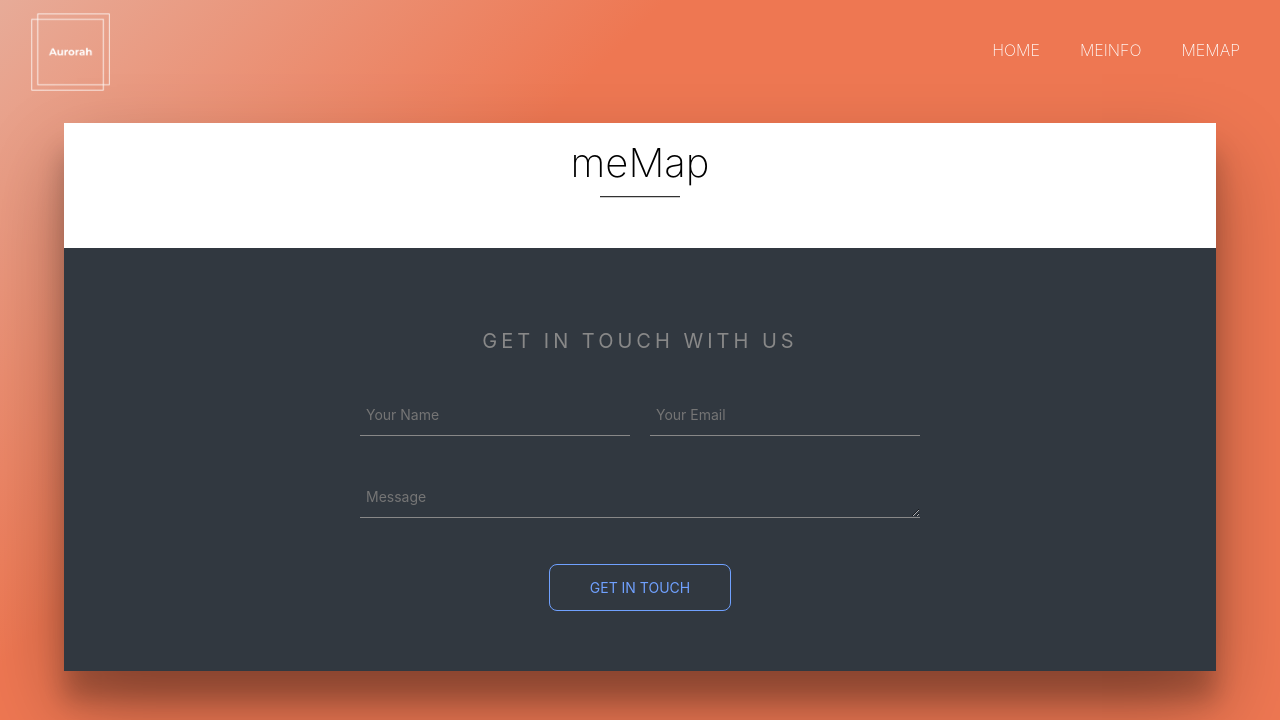
Repository: aasirvalji/saferMe
Page: /alt
The author's editor kept a copy of each file at every save. The page is drawn from the files as they stood at one save, then again after the next save.
The browser window is 1280 px wide. The pictures show the whole page.
The project was rebuilt for these pictures with package versions that can differ from the ones it lists, and the page was loaded fresh each time. Also part of the build but not shown: src/components/Landing.js, src/styles/Services.css, src/components/Services.js, src/styles/MapDisplay.css, src/mapStyles.js, src/components/MapDisplay.js, src/styles/AboutDisplay.css, src/components/AboutDisplay.js and 1 more.

Above is the page before, as saved 2020-02-15 11:50:15.

### public/index.html
<!DOCTYPE html>
<html lang="en">
  <head>
    <meta charset="utf-8" />
    <link rel="icon" href="%PUBLIC_URL%/favicon.ico" />
    <meta name="viewport" content="width=device-width, initial-scale=1" />
    <meta name="theme-color" content="#000000" />
    <meta
      name="description"
      content="Web site created using create-react-app"
    />
    <link rel="apple-touch-icon" href="%PUBLIC_URL%/logo192.png" />
    <!--
      manifest.json provides metadata used when your web app is installed on a
      user's mobile device or desktop. See https://developers.google.com/web/fundamentals/web-app-manifest/
    -->
    <link rel="manifest" href="%PUBLIC_URL%/manifest.json" />
    <!--
      Notice the use of %PUBLIC_URL% in the tags above.
      It will be replaced with the URL of the `public` folder during the build.
      Only files inside the `public` folder can be referenced from the HTML.

      Unlike "/favicon.ico" or "favicon.ico", "%PUBLIC_URL%/favicon.ico" will
      work correctly both with client-side routing and a non-root public URL.
      Learn how to configure a non-root public URL by running `npm run build`.
    -->

    <link
    rel="stylesheet"
    href="https://maxcdn.bootstrapcdn.com/bootstrap/4.3.1/css/bootstrap.min.css"
    integrity="sha384-ggOyR0iXCbMQv3Xipma34MD+dH/1fQ784/j6cY/iJTQUOhcWr7x9JvoRxT2MZw1T"
    crossorigin="anonymous"
  />

  <link rel="stylesheet" href="https://use.fontawesome.com/releases/v5.7.2/css/all.css" integrity="sha384-fnmOCqbTlWIlj8LyTjo7mOUStjsKC4pOpQbqyi7RrhN7udi9RwhKkMHpvLbHG9Sr" crossorigin="anonymous">

    <title>Aurorah</title>
  </head>
  <body>
    <noscript>You need to enable JavaScript to run this app.</noscript>
    <div id="root"></div>
    <!--
      This HTML file is a template.
      If you open it directly in the browser, you will see an empty page.

      You can add webfonts, meta tags, or analytics to this file.
      The build step will place the bundled scripts into the <body> tag.

      To begin the development, run `npm start` or `yarn start`.
      To create a production bundle, use `npm run build` or `yarn build`.
    -->
  </body>
</html>

### src/App.js
import React from 'react';
import './App.css';
import Navigate from './components/Navigate'
import Landing from './components/Landing'
import Services from './components/Services'
import MapDisplay from './components/MapDisplay'
import AltDisplay from './components/AltDisplay'
import AboutDisplay from './components/AboutDisplay'

import SampleDisplay from './components/SampleDisplay';


import {
  BrowserRouter as Router,
  Switch,
  Route,
} from "react-router-dom";

class App extends React.Component { //when working with any type of data, call it in App then pass to comp on interest

  constructor(props) {
    super(props);

  }

/* start api sample */
/*
  componentDidMount() {
    fetch("https://api.example.com/items")
      .then(res => res.json())
      .then(
        (result) => {
          this.setState({
            isLoaded: true,
            items: result.items
          });
        },
        // Note: it's important to handle errors here
        // instead of a catch() block so that we don't swallow
        // exceptions from actual bugs in components.
        (error) => {
          this.setState({
            isLoaded: true,
            error
          });
        }
      )
  }
  */
/* end api sample */
  render(){


  return (
    <Router>
    <div className="App">

    <Switch>

    <Route exact path="/">
    <div className='landing-div'>
    <Navigate></Navigate>
    <Landing></Landing>
    <img className='wave' src='https://www.ochrehealth.com.au/wp-content/uploads/2018/10/slider-wave.png' alt=''></img>  {/* wave pattern*/}
    </div>
    {/* services placement*/}
    {/* maps placement*/}
    </Route>

    <Route path="/about">
    <div className='about-background'>
    <Navigate></Navigate>

    <AboutDisplay></AboutDisplay>
    </div>
    </Route>

    <Route path="/map">
    <div className='map-background'>
    <Navigate></Navigate>

  <MapDisplay></MapDisplay>
    </div>
    </Route>

    <Route path="/graph">
    <div className='graph-background'>
    <Navigate></Navigate>


    </div>
    </Route>

    <Route path="/alt">
    <div className='alt-background'>
    <Navigate></Navigate>

    <AltDisplay></AltDisplay>
    </div>
    </Route>

    </Switch>

    </div>
    </Router>

  );
  }
}

export default App;

### src/App.css
.landing-div {
    height: 100vh;
	background: linear-gradient(-45deg, #ee7752, #e73c7e,#FF4136, #85144b);
	background-size: 400% 400%;
    animation: gradient 10s ease infinite;

}


@keyframes gradient {
	0% {
		background-position: 0% 50%;
	}
	50% {
		background-position: 100% 50%;
	}
	100% {
		background-position: 0% 50%;
	}
}

.landing-div .wave{
    margin-right: 20vh;
    height: 15vh;
    width: 100%;
    position: absolute;
    bottom: 0;
}

@media screen and (max-width:700px) {

    .landing-div {
        height: 110vh;
    }

    .landing-div .wave{
    display: none;
    }

}

.about-background{
    background: linear-gradient(-45deg, #23a6d5, #23a6d5,#23a6d5, #acceda);
    height: 100vh;
}

.map-background{
    background: linear-gradient(-45deg, #5444c4, #5444c4,#5444c4, #908ab9);
    height: 100vh;
}

.graph-background{
    background: linear-gradient(-45deg, #e73c7e, #e73c7e,#e73c7e, #e0a0b9);
    height: 100vh;
}

.alt-background{
    background: linear-gradient(-45deg, #ee7752, #ee7752,#ee7752, #e7ab98);
    height: 100vh;
}

### src/components/Navigate.js
import React from 'react';
import '../styles/Navigate.css';
import {}
from 'react-bootstrap';
import img from '../assets/Au.png'

import { Link } from "react-router-dom";


function Navigate() {
    return (
    <>
  <div class="header">
    <h2 class="logo"><img src={img}></img></h2>
    <input type="checkbox" id="chk"></input>
    <label for="chk" class="show-menu-btn">
      <i class="fas fa-ellipsis-h"></i>
    </label>

    <ul class="menu">
      <Link to="/"><a>Home</a></Link>
      {/*<Link to="/about"><a>About</a></Link>*/}
      <Link to="/alt"><a>meInfo</a></Link>
      <Link to="/map"><a>meMap</a></Link>
      {/*<Link to="/graph"><a>eGraph</a></Link>*/}

      <label for="chk" class="hide-menu-btn">
        <i class="fas fa-times"></i>
      </label>
    </ul>
  </div>
</>
);
}


export default Navigate;

### src/components/AltDisplay.js
import React from 'react';
import '../styles/AltDisplay.css'




class AltDisplay extends React.Component{

  constructor(props){
    super(props);

    this.state = {value: ''};

    this.handleChange = this.handleChange.bind(this);
    this.handleSubmit = this.handleSubmit.bind(this);
}

handleChange(event) {
  this.setState({value: event.target.value});
}

handleSubmit(event) {
  console.log(this.state.value);
  alert('A name was submitted: ' + this.state.value);
  event.preventDefault();
}

render(){
    return(
        <>

<div className='alt-con'>

<div className='alt-header'>
<h1>meMap</h1>
</div>

<div class="contact-section">
      <div class="inner-width">
        <h1>Get in touch with us</h1>
        <input type="text" class="name" placeholder="Your Name"></input>
        <input type="email" class="email" placeholder="Your Email"></input>
        <textarea rows="1" placeholder="Message" class="message"></textarea>
        <button>Get in touch</button>
      </div>
    </div>

</div>

        </>
    )
}
}


export default AltDisplay;

### src/styles/Navigate.css
/* Start Navbar */

.header{
    height: 100px;
    background: transparent;
    padding: 0 20px;
    color: white;
    font-weight: 200;
  }
  .logo{
    line-height: 100px;
    float: left;
  }

  .header h2{
    font-weight: 200;
  }

  .header img{
    width: 12vh;
    height: 12vh;
    margin-left: 1vh;
  }

  .menu{
    float: right;
    line-height: 100px;
  }
  .menu a{
    color: white;
    text-transform: uppercase;
    text-decoration: none;
    padding: 0 10px;
    transition: 0.4s;
  }
  .show-menu-btn,.hide-menu-btn{
    transition: 0.4s;
    font-size: 30px;
    cursor: pointer;
    display: none;
  }
  .show-menu-btn{
    float: right;
  }
  .show-menu-btn i{
    line-height: 100px;
  }
  .menu a:hover,
  .show-menu-btn:hover,
  .hide-menu-btn:hover{
    transition: .5s;
    color: black;
  }

  #chk{
    position: absolute;
    visibility: hidden;
    z-index: -1111;
  }

  .content{
    padding: 0 20px;
  }
  .content img{
    width: 100%;
    max-width: 700px;
    margin: 20px 0;
  }
  .content p{
    text-align: justify;
  }

  @media screen and (max-width:800px) {
    .show-menu-btn,.hide-menu-btn{
      display: block;
    }
    .menu{
      position: fixed;
      width: 100%;
      height: 100vh;
      background: linear-gradient(-45deg, #ee7752, #e73c7e,#5444c4, #23a6d5);
      right: -100%;
      top: 0;
      text-align: center;
      padding: 80px 0;
      line-height: normal;
      transition: 0.7s;
      z-index: 1000;
    }
    .menu a{
      display: block;
      padding: 20px;
    }

    .menu a:hover{
      cursor: pointer;
    }

    .hide-menu-btn{
      position: absolute;
      top: 40px;
      right: 40px;
    }
    #chk:checked ~ .menu{
      right: 0;
    }
  }

  /* End Navbar */

### src/styles/Landing.css


  * {
    box-sizing: border-box;
    margin: 0;
    padding: 0;
  }


  h1 {
    line-height: 1.3;

  }

  img {
    width: 90%;
  }

  .container {
    max-width: 1200px;
    margin: auto;
    padding: 0 2rem;
    margin-top: 13vh;
  }

  .container h1, p{
    margin-top: 10vh;
    color: white;
  }

  .main-header{
    -webkit-animation: fadein 4s; /* Safari, Chrome and Opera > 12.1 */
    -moz-animation: fadein 4s; /* Firefox < 16 */
     -ms-animation: fadein 4s; /* Internet Explorer */
      -o-animation: fadein 4s; /* Opera < 12.1 */
         animation: fadein 4s;
  }

  .main-subheader{
    -webkit-animation: fadein 4s; /* Safari, Chrome and Opera > 12.1 */
    -moz-animation: fadein 4s; /* Firefox < 16 */
     -ms-animation: fadein 4s; /* Internet Explorer */
      -o-animation: fadein 4s; /* Opera < 12.1 */
         animation: fadein 4s;
  }

  .section-a {
    margin: 2rem 0;
  }

  .section-a .container {
    display: grid;
    grid-template-columns: 1fr 1fr;
    grid-gap: 3rem;
    align-items: center;
    justify-content: center;
  }

  .section-a h1 {
    font-size: 4rem;
    font-weight: 200;
  }

  .section-a p {
    font-size: 1.1rem;
    margin: 1rem 0 0 .775vh;
    font-weight: 200;
  }

  .floating{
    animation-name: floating;
    animation-duration: 3s;
    animation-iteration-count: infinite;
    animation-timing-function: ease-in-out;
    z-index: 100;
  }


  @keyframes floating {
    from { transform: translate(0,  0px); }
    50%  { transform: translate(0, 20px); }
    to   { transform: translate(0, -0px); }
}

  @media (max-width: 700px) {
    .section-a .container {
      grid-template-columns: 1fr;
      text-align: center;
    }

    .section-a .container div:first-child {
      order: 2;
    }

    .section-a .container div:nth-child(2) {
      order: -1;
    }

    .section-a img {
      width: 80%;
      margin: auto;
    }
  }

/* fade in animation*/

@keyframes fadein {
  from { opacity: 0; }
  to   { opacity: 1; }
}

/* Firefox < 16 */
@-moz-keyframes fadein {
  from { opacity: 0; }
  to   { opacity: 1; }
}

/* Safari, Chrome and Opera > 12.1 */
@-webkit-keyframes fadein {
  from { opacity: 0; }
  to   { opacity: 1; }
}

/* Internet Explorer */
@-ms-keyframes fadein {
  from { opacity: 0; }
  to   { opacity: 1; }
}

/* Opera < 12.1 */
@-o-keyframes fadein {
  from { opacity: 0; }
  to   { opacity: 1; }
}

### src/styles/AltDisplay.css
/* Try adding wave to Navbar */

.alt-con{
    transform: translateY(1vh);
    color: black;
    width: 90%;
    height: 76vh;
    margin: 15px auto;
    background: white;
    overflow: hidden;
    position: relative;
    top: 0;
    -webkit-box-shadow: 0 38px 76px rgba(0, 0, 0, 0.3), 0 30px 24px rgba(0, 0, 0, 0.22);
            box-shadow: 0 38px 76px rgba(0, 0, 0, 0.3), 0 30px 24px rgba(0, 0, 0, 0.22);
            overflow-y: auto;
}

.alt-con p{
    color: white;
}

.alt-header h1{
    color: black;
    text-align: center;
    font-weight: 200;
    margin-top: 2vh;
    margin-bottom: 8vh;
}

.alt-header h1:after {

    content: '';
    transform: translateY(1vh);
    margin: auto;
    border-bottom: .1vh solid black;
    width: 11vh;
    display: block;

}

.alt-details p{
    font-weight: 300;
    margin: auto;
    color: black;
    text-align: center;
    width: 50%;
    margin-bottom: 3vh;
}

.alt-details img{
    display: block;
    margin: 0 auto;
    height: 40vh;
    width: 50vh;
}

/* sample */

.middle{
    position: relative;
    margin: auto;
  }

  .task-list{
    width: 400px;
    padding: 40px;
    background: linear-gradient(-45deg, #ee7752, #ee7752,#ee7752, #e7ab98);
    background-size: cover;
  }
  .task-list h2{
    color: #fff;
    font-weight: 220;
  }
  .task{
    display: flex;
    padding: 10px 0;
    align-items: center;
    cursor: pointer;
    font-weight: 220;
  }

  .task input{
    position: absolute;
    visibility: hidden;
  }

  .task i{
    display: inline-block;
    width: 48px;
    height: 48px;
    border-radius: 50%;
    border: 1px solid white;
    text-align: center;
    line-height: 48px;
    font-size: 20px;
    margin-right: 14px;
    color: transparent;
  }

  .text{
    font-size: 18px;
    color: #fff;
  }

  .task input:checked ~ i{
    color: white;
  }

  .task input:checked ~ .text{
    text-decoration: line-through;
    color: white;
  }












  .contact-section{
    background: #313840;
    padding: 80px 0;
    text-align: center;
  }

  .inner-width{
    max-width: 600px;
    margin: auto;
    padding: 0 20px;
  }

  .contact-section h1{
    font-size: 20px;
    color: #888;
    margin-bottom: 40px;
    text-transform: uppercase;
    letter-spacing: 4px;
    font-weight: 400;
  }

  .name,.email,.message{
    background: none;
    border:none;
    outline: none;
    border-bottom: 1px solid;
    color: #888;
    padding: 10px 6px;
    font-size: 14px;
    margin-bottom: 40px;
  }

  .name{
    float: left;
    width: 270px;
  }

  .email{
    float: right;
    width: 270px;
  }

  .message{
    min-width: 100%;
    max-width: 100%;
  }


  .contact-section button{
    background: none;
    color: #70a1ff;
    border: 1px solid #70a1ff;
    padding: 12px 40px;
    border-radius: 8px;
    text-transform: uppercase;
    font-size: 14px;
    transition: 0.4s linear;
    cursor: pointer;
  }

  .contact-section button:hover{
    background: #70a1ff;
    color: #fff;
  }


  @media screen and (max-width:600px){
    .name,.email{
      width: 100%;
    }
  }

Loaded but not shown: src/index.js (common file); src/index.css (common file); src/serviceWorker.js (common file)

After the next save:
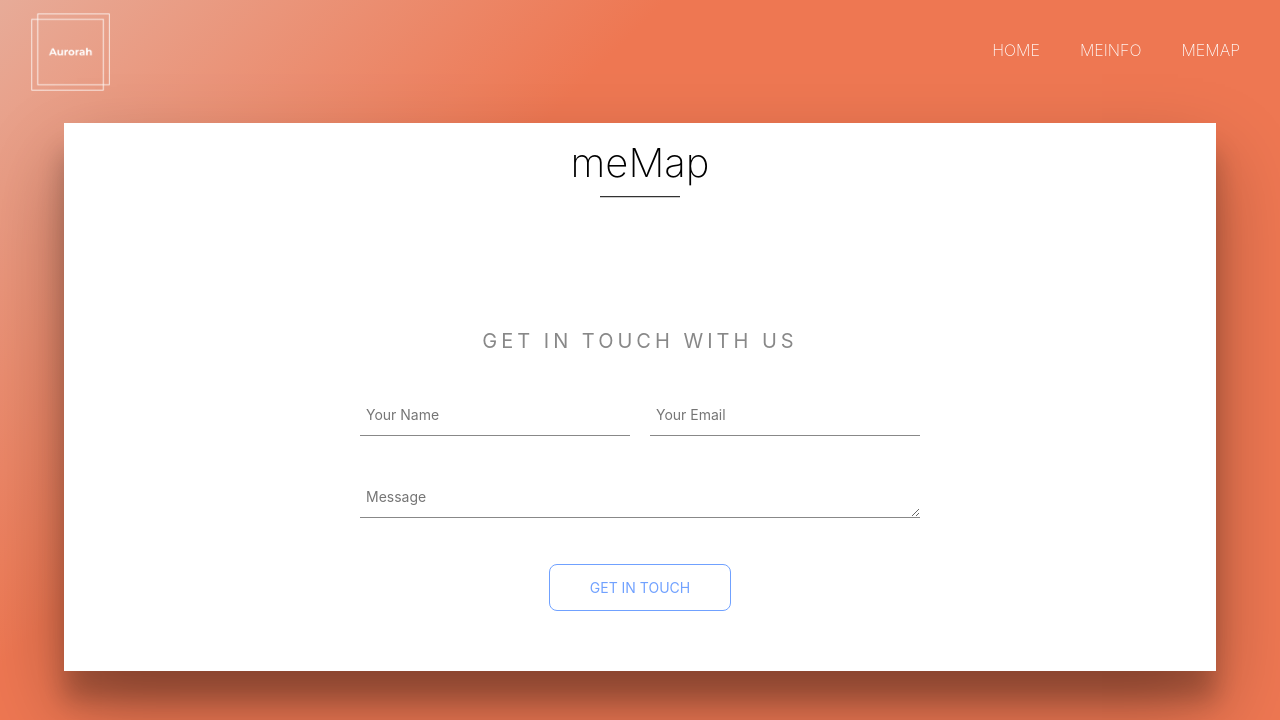
Saved 17 s later.
--- a/src/styles/AltDisplay.css
+++ b/src/styles/AltDisplay.css
@@ -123,7 +123,7 @@
 
 
   .contact-section{
-    background: #313840;
+    background: transparent;
     padding: 80px 0;
     text-align: center;
   }
